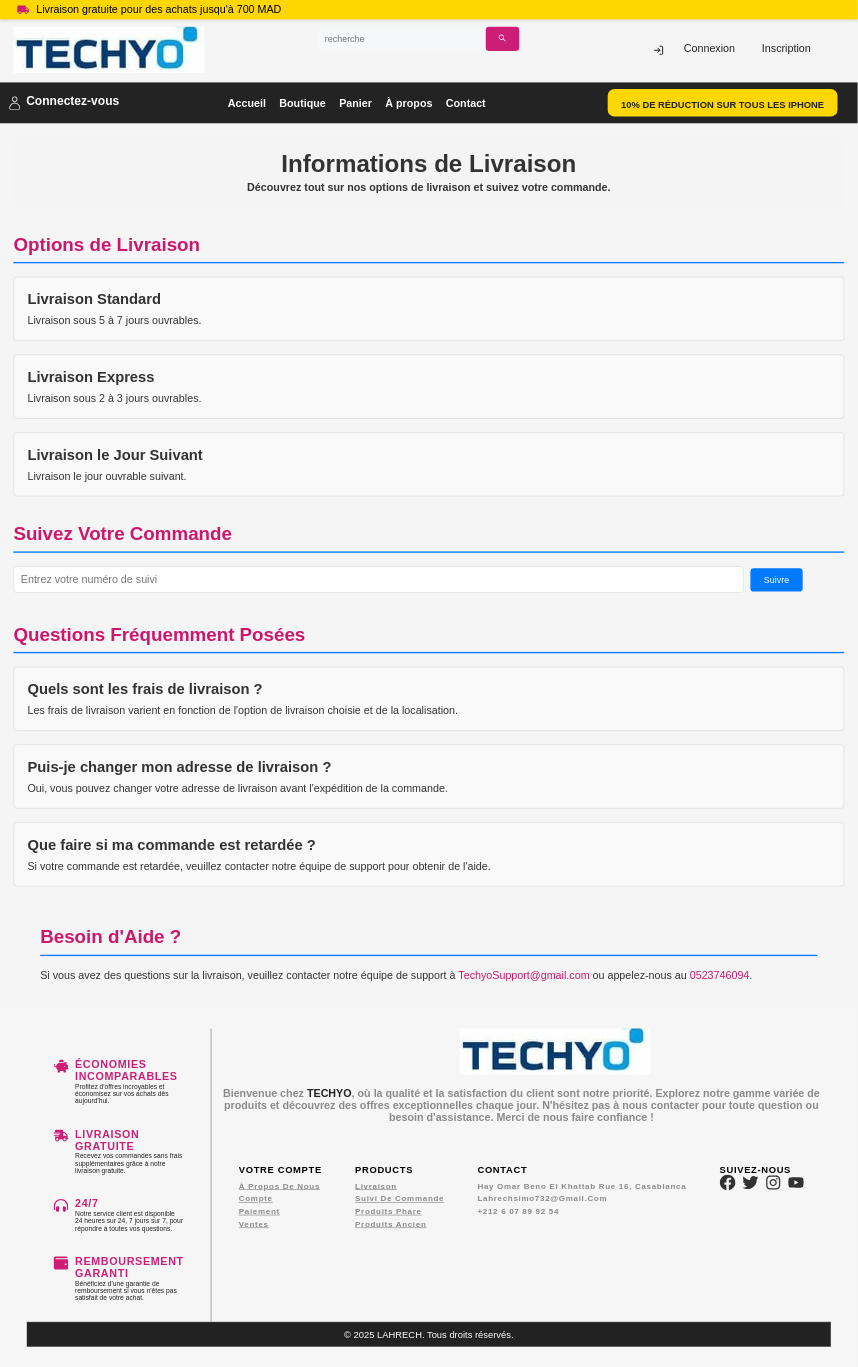
Repository: sebti-cloud/project-modern
Page: /delivery (app in ecommerce_website/)
The author's editor kept a copy of each file at every save. The page is drawn from the files as they stood at one save, then again after the next save.
The browser window is 1280 px wide. The pictures show the whole page, at 67% of full size.
The page's requests for data from a server got no answer. The project was rebuilt for these pictures with package versions that can differ from the ones it lists, and the page was loaded fresh each time. No one was signed in, and anything a server would have sent is missing. Also part of the build but not shown: ecommerce_website/src/comp/home.js, ecommerce_website/src/comp/shop.js, ecommerce_website/src/comp/cart.js, ecommerce_website/src/comp/contact.js, ecommerce_website/src/comp/rout.js, ecommerce_website/src/comp/Products.js, ecommerce_website/src/comp/Orders.js, ecommerce_website/src/comp/LikedProducts.js and 23 more.

Above is the page before, as saved 2025-01-09 17:27:36.

### ecommerce_website/src/styles/app.css
/* app.css */
body {
    font-family: Arial, sans-serif;
    margin: 0;
    padding: 0;
    background-color: #f5f5f5;
  }

  h1 {
    color: #333;
  }

  button {
    background-color: #007bff;
    color: white;
    border: none;
    padding: 10px 20px;
    cursor: pointer;
  }

  button:hover {
    background-color: #0056b3;
  }

### ecommerce_website/src/comp/Delivery.js
/*import React, { useState } from 'react';
import './delivery.css';

const Delivery = ({ trackOrder }) => {
  const [trackingNumber, setTrackingNumber] = useState('');
  const [trackingInfo, setTrackingInfo] = useState(null);

  const handleTrackOrder = async () => {
    const info = await trackOrder(trackingNumber);
    setTrackingInfo(info);
  };

  return (
    <div className="delivery">
      <div className="banner">
        <h2>Delivery Information</h2>
        <p>Find out everything about our delivery options and tracking your order.</p>
      </div>
      <div className="options">
        <h3>Delivery Options</h3>
        <ul>
          <li>
            <h4>Standard Delivery</h4>
            <p>Delivery within 5-7 business days.</p>
          </li>
          <li>
            <h4>Express Delivery</h4>
            <p>Delivery within 2-3 business days.</p>
          </li>
          <li>
            <h4>Next Day Delivery</h4>
            <p>Delivery by the next business day.</p>
          </li>
        </ul>
      </div>
      <div className="tracking">
        <h3>Track Your Order</h3>
        <input
          type="text"
          placeholder="Enter your tracking number"
          value={trackingNumber}
          onChange={(e) => setTrackingNumber(e.target.value)}
        />
        <button onClick={handleTrackOrder}>Track</button>
        {trackingInfo && (
          <div className="tracking-info">
            <h4>Tracking Information</h4>
            <p>{trackingInfo}</p>
          </div>
        )}
      </div>
      <div className="faq">
        <h3>Frequently Asked Questions</h3>
        <ul>
          <li>
            <h4>What are the delivery charges?</h4>
            <p>Delivery charges vary based on the chosen delivery option and the location.</p>
          </li>
          <li>
            <h4>Can I change my delivery address?</h4>
            <p>Yes, you can change your delivery address before the order is dispatched.</p>
          </li>
          <li>
            <h4>What should I do if my order is delayed?</h4>
            <p>If your order is delayed, please contact our support team for assistance.</p>
          </li>
        </ul>
      </div>
      <div className="contact">
        <h3>Need Help?</h3>
        <p>If you have any questions about delivery, please contact our support team at <a href="mailto:TechyoSupport@gmail.com">TechyoSupport@gmail.com</a> or call us at <a>0523746094</a>.</p>
      </div>
    </div>
  );
};

export default Delivery;
*/
import React, { useState } from 'react';
import { Link } from 'react-router-dom';
import './delivery.css';

const Delivery = () => {
  const [trackingNumber, setTrackingNumber] = useState('');
  const [trackingInfo, setTrackingInfo] = useState(null);

  const handleTrackOrder = async () => {
    console.log('Fetching tracking info for:', trackingNumber);
    try {
      const response = await fetch(`http://localhost:3001/api/track-order/${trackingNumber}`);
      if (!response.ok) {
        throw new Error('Tracking number not found');
      }
      const data = await response.json();
      setTrackingInfo(data);
    } catch (error) {
      console.error('Erreur lors du suivi de la commande :', error);
      setTrackingInfo({ error: 'Tracking number not found' });
    }
  };


  return (
    <div className="delivery">
      <div className="banner">
        <h2>Informations de Livraison</h2>
        <p>Découvrez tout sur nos options de livraison et suivez votre commande.</p>
      </div>
      <div className="options">
        <h3>Options de Livraison</h3>
        <ul>
          <li>
            <h4>Livraison Standard</h4>
            <p>Livraison sous 5 à 7 jours ouvrables.</p>
          </li>
          <li>
            <h4>Livraison Express</h4>
            <p>Livraison sous 2 à 3 jours ouvrables.</p>
          </li>
          <li>
            <h4>Livraison le Jour Suivant</h4>
            <p>Livraison le jour ouvrable suivant.</p>
          </li>
        </ul>
      </div>
      <div className="tracking">
        <h3>Suivez Votre Commande</h3>
        <input
          type="text"
          placeholder="Entrez votre numéro de suivi"
          value={trackingNumber}
          onChange={(e) => setTrackingNumber(e.target.value)}
        />
        <Link to={`/track-order/${trackingNumber}`}>
          <button onClick={handleTrackOrder}>Suivre</button>
        </Link>
        {trackingInfo && (
          <div className="tracking-info">
            <h4>Informations de Suivi</h4>
            {trackingInfo.error ? (
              <p>{trackingInfo.error}</p>
            ) : (
              <div>
                <p>Status : {trackingInfo.status}</p>
                <p>Localisation : {trackingInfo.location}</p>
                <p>Date : {new Date(trackingInfo.updated_at).toLocaleString()}</p>
              </div>
            )}
          </div>
        )}
      </div>
      <div className="faq">
        <h3>Questions Fréquemment Posées</h3>
        <ul>
          <li>
            <h4>Quels sont les frais de livraison ?</h4>
            <p>Les frais de livraison varient en fonction de l'option de livraison choisie et de la localisation.</p>
          </li>
          <li>
            <h4>Puis-je changer mon adresse de livraison ?</h4>
            <p>Oui, vous pouvez changer votre adresse de livraison avant l'expédition de la commande.</p>
          </li>
          <li>
            <h4>Que faire si ma commande est retardée ?</h4>
            <p>Si votre commande est retardée, veuillez contacter notre équipe de support pour obtenir de l'aide.</p>
          </li>
        </ul>
      </div>
      <div className="contact">
        <h3>Besoin d'Aide ?</h3>
        <p>Si vous avez des questions sur la livraison, veuillez contacter notre équipe de support à <a href="mailto:TechyoSupport@gmail.com">TechyoSupport@gmail.com</a> ou appelez-nous au <a href="tel:0523746094">0523746094</a>.</p>
      </div>
    </div>
  );
};

export default Delivery;

### ecommerce_website/src/comp/sales.css
.sales {
    width: 100%;
    padding: 20px;
}

.banner {
    text-align: center;
    background-color: #ff4732;
    color: #fff;
    padding: 20px 0;
}

.banner h2 {
    font-size: 36px;
    margin: 0;
}

.banner p {
    font-size: 16px;
}

.filters {
    display: flex;
    justify-content: center;
    margin: 20px 0;
}

.filters button {
    margin: 0 10px;
    padding: 10px 20px;
    border: none;
    background-color: #ff4732;
    color: #fff;
    cursor: pointer;
    transition: background-color 0.3s ease;
}

.filters button:hover {
    background-color: #e03c2f;
}

.products_grid {
    display: grid;
    grid-template-columns: repeat(auto-fill, minmax(200px, 1fr));
    gap: 20px;
}

.product_card {
    background-color: #fff;
    border: 1px solid #ddd;
    padding: 10px;
    text-align: center;
    transition: transform 0.3s ease;
}

.product_card img {
    max-width: 100%;
    height: auto;
}

.product_card h3 {
    font-size: 18px;
    margin: 10px 0;
}

.product_card p {
    font-size: 16px;
    color: #ff4732;
    margin: 10px 0;
}

.product_card button {
    background-color: #ff4732;
    color: #fff;
    border: none;
    padding: 10px 20px;
    cursor: pointer;
    transition: background-color 0.3s ease;
}

.product_card button:hover {
    background-color: #e03c2f;
}

### ecommerce_website/src/comp/delivery.css
.delivery {
    width: 100%;
    padding: 20px;
    font-family: 'Arial', sans-serif;
    color: #333;
}

.banner {
    text-align: center;
    background-color: #007BFF;
    color: #fff;
    padding: 40px 0;
    margin-bottom: 40px;
}

.banner h2 {
    font-size: 36px;
    margin: 0;
}

.banner p {
    font-size: 16px;
    color: #333;
    font-weight: 600;
}

.options, .tracking, .faq, .contact {
    margin-top: 40px;
}

.options h3, .tracking h3, .faq h3, .contact h3 {
    font-size: 28px;
    margin-bottom: 20px;
    border-bottom: 2px solid #007BFF;
    padding-bottom: 10px;
    color: #cd176c;
}

.options ul, .faq ul {
    list-style-type: none;
    padding: 0;
}

.options li, .faq li {
    margin-bottom: 20px;
    padding: 20px;
    border: 1px solid #ddd;
    border-radius: 5px;
    background-color: #f9f9f9;
    transition: background-color 0.3s ease, border-color 0.3s ease;
}

.options li:hover, .faq li:hover {
    background-color: #fed700;
    border-color: #0056b3;
    color: #232323;
}

.options li h4, .faq li h4 {
    font-size: 22px;
    margin: 0 0 10px;
}

.tracking input {
    padding: 10px;
    width: calc(100% - 150px);
    margin-right: 10px;
    font-size: 16px;
    border: 1px solid #ddd;
    border-radius: 5px;
    box-sizing: border-box;
}

.tracking button {
    padding: 10px 20px;
    background-color: #007BFF;
    color: #fff;
    border: none;
    cursor: pointer;
    transition: background-color 0.3s ease;
    border-radius: 5px;
}

.tracking button:hover {
    background-color: #0056b3;
}

.tracking-info {
    margin-top: 20px;
    padding: 20px;
    background-color: #f9f9f9;
    border: 1px solid #ddd;
    border-radius: 5px;
}

.contact a {
    color: #cd176c;
    text-decoration: none;
}

.contact a:hover {
    text-decoration: underline;
}

.contact p {
    margin: 0;
}

### ecommerce_website/src/comp/TrackOrder.css
* {
    margin: 0;
    padding: 0;
    box-sizing: border-box;
}

.main {
    width: 100%;
    height: 100vh;
    display: flex;
    justify-content: center;
    align-items: center;
    font-family: 'Poppins', sans-serif;
    flex-direction: column;
}

.main .head {
    text-align: center;
}

.main .head .head_1 {
    font-size: 30px;
    font-weight: 600;
    color: #333;
}

.main .head .head_1 span {
    color: #ff4732;
}

.main .head .head_2 {
    font-size: 16px;
    font-weight: 600;
    color: #333;
    margin-top: 3px;
}

.main ul {
    display: flex;
    margin-top: 80px;
}

.main ul li {
    list-style: none;
    display: flex;
    flex-direction: column;
    align-items: center;
}

.main ul li .icon {
    font-size: 35px;
    color: #ff4732;
    margin: 0 60px;
}

.main ul li .text {
    font-size: 14px;
    font-weight: 600;
    color: #ff4732;
}

/* Progress Div Css */
.main ul li .progress {
    width: 30px;
    height: 30px;
    border-radius: 50%;
    background-color: rgba(68, 68, 68, 0.781);
    margin: 14px 0;
    display: grid;
    place-items: center;
    color: #fff;
    position: relative;
    cursor: pointer;
}

.progress::after {
    content: " ";
    position: absolute;
    width: 125px;
    height: 5px;
    background-color: rgba(68, 68, 68, 0.781);
    right: 30px;
}

.one::after {
    width: 0;
    height: 0;
}

.main ul li .progress .uil {
    display: none;
}

.main ul li .progress p {
    font-size: 13px;
}

/* Active Css */
.main ul li .active {
    background-color: #ff4732;
    display: grid;
    place-items: center;
}

li .active::after {
    background-color: #ff4732;
}

.main ul li .active p {
    display: none;
}

.main ul li .active .uil {
    font-size: 20px;
    display: flex;
}

/* Responsive Css */
@media (max-width: 980px) {
    .main ul {
        flex-direction: column;
    }

    .main ul li {
        flex-direction: row;
    }

    .main ul li .progress {
        margin: 0 30px;
    }

    .progress::after {
        width: 5px;
        height: 55px;
        bottom: 30px;
        left: 50%;
        transform: translateX(-50%);
        z-index: -1;
    }

    .one::after {
        height: 0;
    }

    .main ul li .icon {
        margin: 15px 0;
    }
}

@media (max-width: 600px) {
    .head .head_1 {
        font-size: 24px;
    }

    .head .head_2 {
        font-size: 16px;
    }
}

### ecommerce_website/src/comp/topProducts.css
.topProducts {
    width: 100%;
    padding: 20px;
}

.banner {
    text-align: center;
    background-color: #ff4732;
    color: #fff;
    padding: 20px 0;
}

.banner h2 {
    font-size: 36px;
    margin: 0;
}

.banner p {
    font-size: 16px;
}

.filters {
    display: flex;
    justify-content: center;
    margin: 20px 0;
}

.filters button {
    margin: 0 10px;
    padding: 10px 20px;
    border: none;
    background-color: #ff4732;
    color: #fff;
    cursor: pointer;
    transition: background-color 0.3s ease;
}

.filters button:hover {
    background-color: #e03c2f;
}

.products_grid {
    display: grid;
    grid-template-columns: repeat(auto-fill, minmax(200px, 1fr));
    gap: 20px;
}

.product_card {
    background-color: #fff;
    border: 1px solid #ddd;
    padding: 10px;
    text-align: center;
    transition: transform 0.3s ease;
}

.product_card img {
    max-width: 100%;
    height: auto;
}

.product_card h3 {
    font-size: 18px;
    margin: 10px 0;
}

.product_card p {
    font-size: 16px;
    color: #ff4732;
    margin: 10px 0;
}

.product_card .rating {
    display: flex;
    justify-content: center;
    margin: 10px 0;
}

.product_card button {
    background-color: #ff4732;
    color: #fff;
    border: none;
    padding: 10px 20px;
    cursor: pointer;
    transition: background-color 0.3s ease;
}

.product_card button:hover {
    background-color: #e03c2f;
}

### ecommerce_website/src/comp/oldProduct.css
.oldProducts {
    width: 100%;
    padding: 20px;
}

.banner {
    text-align: center;
    background-color: #f4f4f4;
    padding: 20px 0;
}

.banner h2 {
    font-size: 36px;
    margin: 0;
}

.banner p {
    font-size: 16px;
}

.filters {
    display: flex;
    justify-content: center;
    margin: 20px 0;
}

.filters button {
    margin: 0 10px;
    padding: 10px 20px;
    border: none;
    background-color: #ff4732;
    color: #fff;
    cursor: pointer;
    transition: background-color 0.3s ease;
}

.filters button:hover {
    background-color: #e03c2f;
}

.products_grid {
    display: grid;
    grid-template-columns: repeat(auto-fill, minmax(200px, 1fr));
    gap: 20px;
}

.product_card {
    background-color: #fff;
    border: 1px solid #ddd;
    padding: 10px;
    text-align: center;
    transition: transform 0.3s ease;
}

.product_card img {
    max-width: 100%;
    height: auto;
}

.product_card h3 {
    font-size: 18px;
    margin: 10px 0;
}

.product_card p {
    font-size: 16px;
    color: #ff4732;
    margin: 10px 0;
}

.product_card button {
    background-color: #ff4732;
    color: #fff;
    border: none;
    padding: 10px 20px;
    cursor: pointer;
    transition: background-color 0.3s ease;
}

.product_card button:hover {
    background-color: #e03c2f;
}

### ecommerce_website/src/comp/register.css
/* Styles pour le conteneur d'inscription uniquement */
.register-page {
    height: 100vh;
    display: flex;
    justify-content: center;
    align-items: center;
    background: linear-gradient(135deg, #ff9a9e 0%, #fad0c4 100%);
    margin: 0;
    padding: 0;
    font-family: 'Arial', sans-serif;
  }

  .register-container {
    width: 100%;
    max-width: 400px;
    background: #fff;
    padding: 40px;
    border-radius: 10px;
    box-shadow: 0 4px 8px rgba(0, 0, 0, 0.1);
  }

  .register-form-container {
    display: flex;
    flex-direction: column;
    align-items: center;
  }

  h2 {
    margin-bottom: 20px;
    color: #333;
  }

  .input-group {
    width: 100%;
    margin-bottom: 20px;
  }

  .input-group label {
    display: block;
    margin-bottom: 5px;
    color: #666;
  }

  .input-group input, .input-group textarea {
    width: 100%;
    padding: 10px;
    border: 1px solid #ddd;
    border-radius: 5px;
    transition: all 0.3s;
  }

  .input-group.name input, .input-group.phone input, .input-group.password input, .input-group.email input, .input-group.address textarea {
    width: 100%;
  }

  .input-group input:focus, .input-group textarea:focus {
    border-color: #ff6f61;
    box-shadow: 0 0 8px rgba(255, 111, 97, 0.3);
    outline: none;
  }

  .register-button {
    width: 100%;
    padding: 10px 0;
    background: #ff6f61;
    color: #fff;
    border: none;
    border-radius: 5px;
    font-weight: bold;
    cursor: pointer;
    transition: all 0.3s;
  }

  .register-button:hover {
    background: #e65c53;
  }

### ecommerce_website/src/comp/login.css
/* Styles pour le conteneur de connexion uniquement */
.login-page {
    height: 100vh;
    display: flex;
    justify-content: center;
    align-items: center;
    background: linear-gradient(135deg, #ff9a9e 0%, #fad0c4 100%);
    margin: 0;
    padding: 0;
    font-family: 'Arial', sans-serif;
}

.login-container {
    width: 100%;
    max-width: 400px;
    background: #fff;
    padding: 40px;
    border-radius: 10px;
    box-shadow: 0 4px 8px rgba(0, 0, 0, 0.1);
}

.login-form-container {
    display: flex;
    flex-direction: column;
    align-items: center;
}

h2 {
    margin-bottom: 20px;
    color: #333;
}

.input-group {
    width: 100%;
    margin-bottom: 20px;
}

.input-group label {
    display: block;
    margin-bottom: 5px;
    color: #232323;
}

.input-group input {
    width: 100%;
    padding: 10px;
    border: 1px solid #ddd;
    border-radius: 5px;
    transition: all 0.3s;
}

.input-group.password input {
    width: 100%;
    /* Augmenter la largeur à 100% du conteneur parent */
}


.input-group input:focus {
    border-color: #ff6f61;
    box-shadow: 0 0 8px rgba(255, 111, 97, 0.3);
    outline: none;
}

.login-button {
    width: 100%;
    padding: 10px 0;
    background: #ff6f61;
    color: #fff;
    border: none;
    border-radius: 5px;
    font-weight: bold;
    cursor: pointer;
    transition: all 0.3s;
    margin-bottom: 10px;
}

.login-button:hover {
    background: #e65c53;
}

.google-login-button {
    width: 100%;
    padding: 10px 0;
    background: #4285f4;
    color: #fff;
    border: none;
    border-radius: 5px;
    font-weight: bold;
    cursor: pointer;
    transition: all 0.3s;
}

.google-login-button:hover {
    background: #357ae8;
}

.signup-link {
    margin-top: 20px;
    color: #666;
    font-size: 14px;
}

.signup-link a {
    color: #4285f4;
    text-decoration: none;
}

.signup-link a:hover {
    text-decoration: underline;
}

### ecommerce_website/src/comp/UserProfile.css
.profile-container {
    display: flex;
    flex-direction: column;
    align-items: center;
    padding: 20px;
    background-color: #f5f5f5;
    border-radius: 10px;
    box-shadow: 0 0 10px rgba(0, 0, 0, 0.1);
  }

  .profile-title {
    font-size: 24px;
    font-weight: bold;
    margin-bottom: 20px;
  }

  .profile-photo {
    width: 150px;
    height: 150px;
    border-radius: 50%;
    object-fit: cover;
    margin-bottom: 20px;
  }

  .profile-placeholder {
    font-size: 18px;
    color: #888;
    margin-bottom: 20px;
  }

  button {
    margin-bottom: 8px;
    background-color: #4caf50;
    color: white;
    padding: 10px 20px;
    border: none;
    border-radius: 5px;
    cursor: pointer;
  }

  button:hover {
    background-color: #45a049;
  }

  input[type="file"] {
    margin-bottom: 20px;
  }

### ecommerce_website/src/comp/contact.css
* {
    margin: 0;
    padding: 0;
    font-family: sans-serif;
    box-sizing: border-box;
}

.contact {
    padding: 20px 40px;
    width: 100%;
}

.contact .container {
    padding: 10px 20px;
    max-width: 100%;
}

.contact .container .form {
    width: 500px;
    background: #f6f6f6;
    padding: 20px 30px;
    box-shadow: rgba(0, 0, 0, 0.24) 0px 3px 8px;
    margin: 0px auto;
    border-top: 3px solid #fed700;
    border-radius: 5px;
}

.contact .container .form h2 {
    color: #cd1e76;
    text-transform: uppercase;
    font-size: 18px;
    letter-spacing: 1px;
    font-weight: 600;
}

.contact .container .form .box {
    display: flex;
    margin-top: 20px;
    justify-content: space-between;
    width: 100%; /* Assure la pleine largeur de la boîte */
}

.contact .container .form .box .label h4 {
    margin-left: 30px;
    color: #232323;
    font-size: 14px;
    font-weight: 600;
    margin-top: 10px;
}

.contact .container .form .box .input input,
.contact .container .form .box .input textarea {
    width: calc(100% - 40px); /* Ajuste la largeur pour permettre un padding */
    margin-right: 16px; /* Correction de la marge */
    border: none;
    outline: none;
    background: none;
    border-bottom: 2px solid #8a8a8a;
    padding: 10px 20px;
}

.contact .container .form .box .input textarea {
    resize: none;
}

.contact .container .form button {
    margin-top: 20px;
    margin-left: 30px;
    padding: 10px 30px;
    color: #232323;
    border: none;
    outline: none;
    background: #fed700;
    cursor: pointer;
}

Loaded but not shown: ecommerce_website/public/index.html (common file); ecommerce_website/src/App.js (449 lines, source omitted); ecommerce_website/src/comp/nav.js (328 lines, source omitted); ecommerce_website/src/comp/footer.js (127 lines, source omitted); ecommerce_website/src/comp/home_product.js (112 lines, source omitted); ecommerce_website/src/index.js (22 lines, source omitted); ecommerce_website/src/comp/home.css (648 lines, source omitted); ecommerce_website/src/comp/admin.css (479 lines, source omitted); ecommerce_website/src/comp/shop.css (317 lines, source omitted); ecommerce_website/src/comp/cart.css (240 lines, source omitted); ecommerce_website/src/comp/nav.css (230 lines, source omitted); ecommerce_website/src/comp/footer.css (166 lines, source omitted)

After the next save:
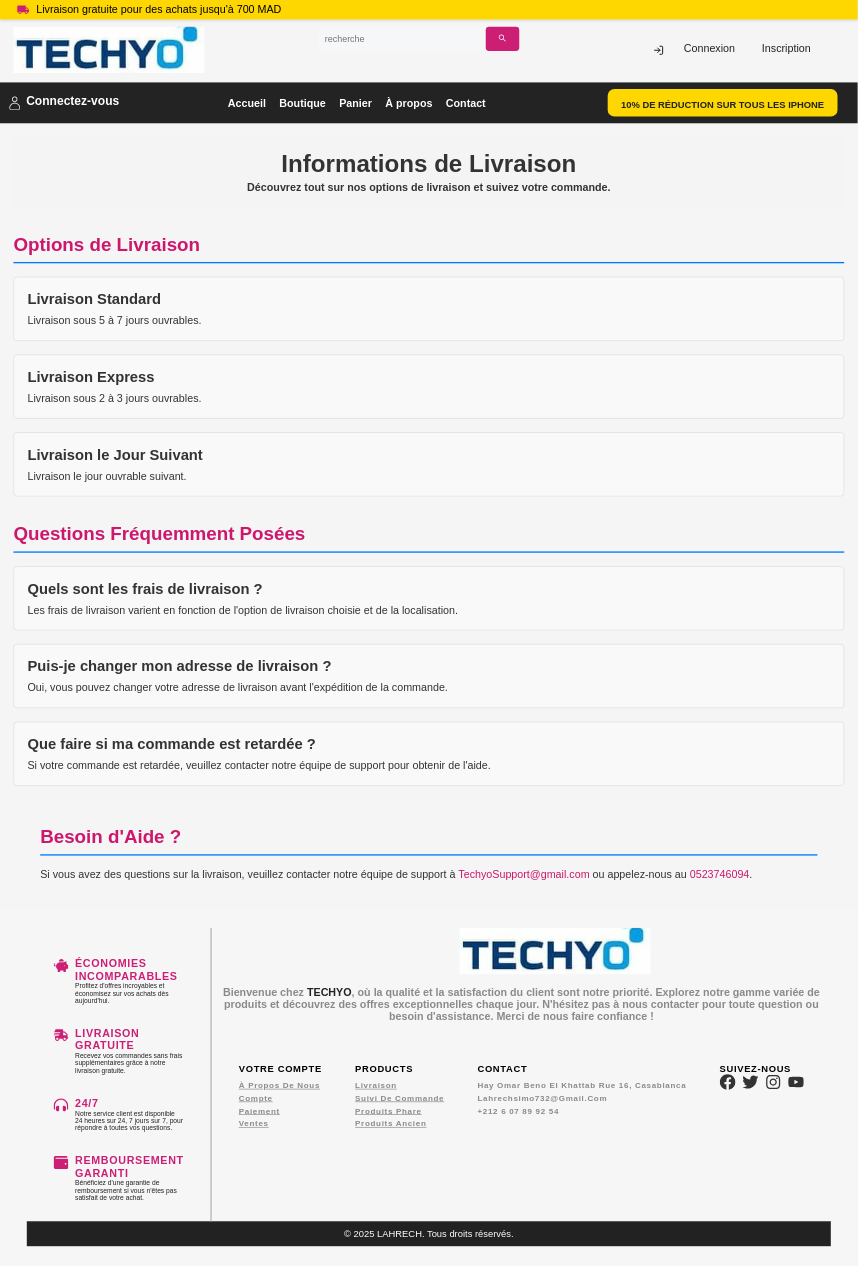
Saved 14 s later.
--- a/ecommerce_website/src/comp/Delivery.js
+++ b/ecommerce_website/src/comp/Delivery.js
@@ -75,31 +75,10 @@ const Delivery = ({ trackOrder }) => {
 };
 
 export default Delivery;
-*/
-import React, { useState } from 'react';
-import { Link } from 'react-router-dom';
+*/import React from 'react';
 import './delivery.css';
 
 const Delivery = () => {
-  const [trackingNumber, setTrackingNumber] = useState('');
-  const [trackingInfo, setTrackingInfo] = useState(null);
-
-  const handleTrackOrder = async () => {
-    console.log('Fetching tracking info for:', trackingNumber);
-    try {
-      const response = await fetch(`http://localhost:3001/api/track-order/${trackingNumber}`);
-      if (!response.ok) {
-        throw new Error('Tracking number not found');
-      }
-      const data = await response.json();
-      setTrackingInfo(data);
-    } catch (error) {
-      console.error('Erreur lors du suivi de la commande :', error);
-      setTrackingInfo({ error: 'Tracking number not found' });
-    }
-  };
-
-
   return (
     <div className="delivery">
       <div className="banner">
@@ -122,32 +101,6 @@ const Delivery = () => {
             <p>Livraison le jour ouvrable suivant.</p>
           </li>
         </ul>
-      </div>
-      <div className="tracking">
-        <h3>Suivez Votre Commande</h3>
-        <input
-          type="text"
-          placeholder="Entrez votre numéro de suivi"
-          value={trackingNumber}
-          onChange={(e) => setTrackingNumber(e.target.value)}
-        />
-        <Link to={`/track-order/${trackingNumber}`}>
-          <button onClick={handleTrackOrder}>Suivre</button>
-        </Link>
-        {trackingInfo && (
-          <div className="tracking-info">
-            <h4>Informations de Suivi</h4>
-            {trackingInfo.error ? (
-              <p>{trackingInfo.error}</p>
-            ) : (
-              <div>
-                <p>Status : {trackingInfo.status}</p>
-                <p>Localisation : {trackingInfo.location}</p>
-                <p>Date : {new Date(trackingInfo.updated_at).toLocaleString()}</p>
-              </div>
-            )}
-          </div>
-        )}
       </div>
       <div className="faq">
         <h3>Questions Fréquemment Posées</h3>
